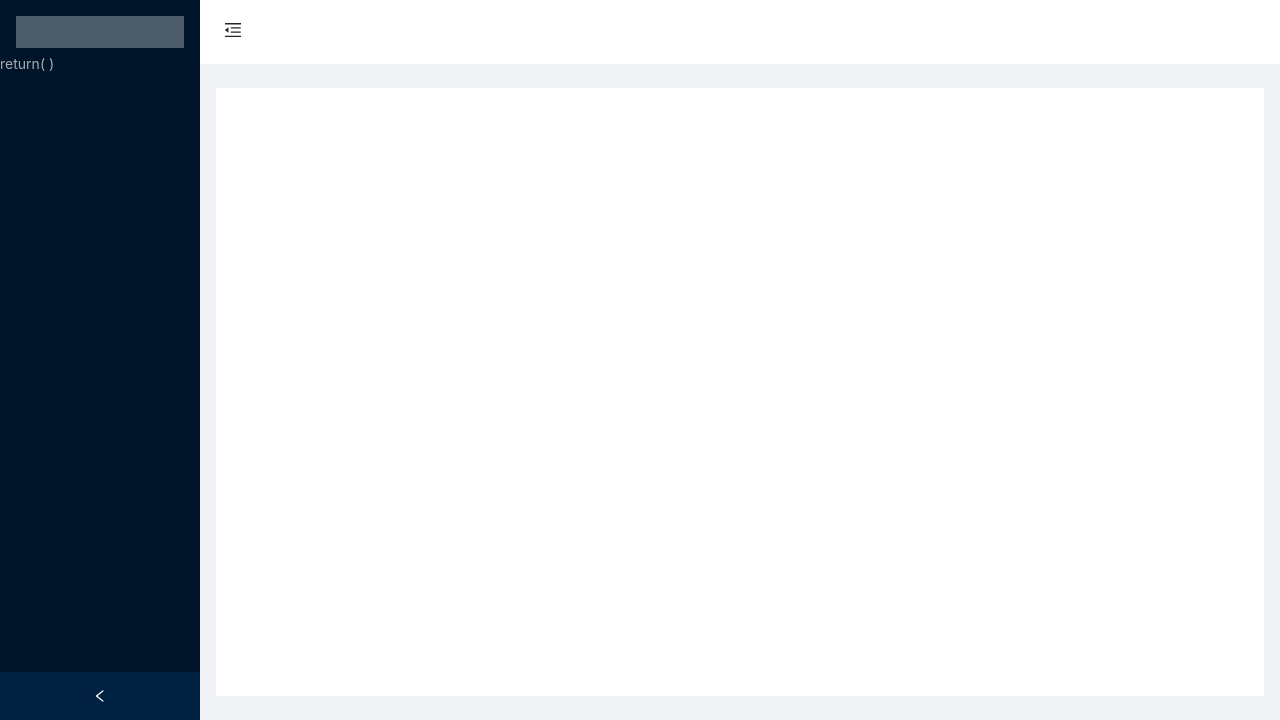
Repository: DallenCat/react-test
Page: /
These files come from the project's save history. The page is drawn as it stood at one moment and after a run of saves; the edit follows.
The browser window is 1280 px wide. The pictures show the whole page.
The project was rebuilt for these pictures with package versions that can differ from the ones it lists, and the page was loaded fresh each time. Also part of the build but not shown: src/containers/dashboard/index.js, src/containers/personal/index.js.

Above is the page before, as saved 2021-10-28 10:29:07.

### src/index.js
/*
 * @Descripttion:
 * @version:
 * @Author: dal
 * @Date: 2021-10-26 17:14:54
 * @LastEditors: dal
 * @LastEditTime: 2021-10-27 16:56:47
 */
import React from 'react';
import ReactDOM from 'react-dom';
import './index.css';
import App from './App';
import reportWebVitals from './reportWebVitals';

ReactDOM.render(
  <App />,
  document.getElementById('root')
);

// If you want to start measuring performance in your app, pass a function
// to log results (for example: reportWebVitals(console.log))
// or send to an analytics endpoint. Learn more: https://bit.ly/CRA-vitals
reportWebVitals();

### src/App.js

import './App.css';
import Routes from './routes';
import { BrowserRouter as Router, Switch, Route } from 'react-router-dom';
import SiderDemo from "@/components/layout/index.js"
import { Component } from 'react';
class App extends Component {
  render() {
    let LayoutRouter = (props) => {
      return (
        <SiderDemo>
          <Routes />
        </SiderDemo>
      )
    }
    return (
      <Router>
        <Switch>
          <Route path="/" component={LayoutRouter} />
        </Switch>
      </Router>
    )
  }

}
// render(<Router routes={routes} />, document.body)
export default App;

### src/App.css
@import '~antd/dist/antd.css';

.App {
  text-align: center;
}

.App-logo {
  height: 40vmin;
  pointer-events: none;
}

@media (prefers-reduced-motion: no-preference) {
  .App-logo {
    animation: App-logo-spin infinite 20s linear;
  }
}

.App-header {
  background-color: #282c34;
  min-height: 100vh;
  display: flex;
  flex-direction: column;
  align-items: center;
  justify-content: center;
  font-size: calc(10px + 2vmin);
  color: white;
}

.App-link {
  color: #61dafb;
}

@keyframes App-logo-spin {
  from {
    transform: rotate(0deg);
  }

  to {
    transform: rotate(360deg);
  }
}

### src/routes/index.js
/*
 * @Descripttion:
 * @version:
 * @Author: dal
 * @Date: 2021-10-26 17:34:53
 * @LastEditors: dal
 * @LastEditTime: 2021-10-27 15:55:38
 */
import Dashboard from "@/containers/dashboard"
import Personal from "@/containers/personal"
import { Route, Switch, withRouter } from 'react-router-dom';

const routes = () => {
  return (
    <Switch>
      <Route exact path={"/dashboard"} component={Dashboard} />
      <Route exact path={"/personal"} component={Personal} />

    </Switch>
  )
}
export default withRouter(routes)

### src/components/layout/index.js
/*
 * @Descripttion:
 * @version:
 * @Author: dal
 * @Date: 2021-10-27 09:54:26
 * @LastEditors: dal
 * @LastEditTime: 2021-10-27 16:53:47
 */
import React from "react"
import { Layout } from 'antd';
// 首先我们需要导入一些组件...
import "./index.css"
import {
  MenuUnfoldOutlined,
  MenuFoldOutlined
} from '@ant-design/icons';
import Sider from "./sider"
const { Header, Content } = Layout;

class SiderDemo extends React.Component {

  state = {
    collapsed: false,
  };

  toggle = () => {
    this.setState({
      collapsed: !this.state.collapsed,
    });
  };
  // 组件挂载
  componentDidMount() {
    console.log(this.props);
  }
  render() {

    return (
      <Layout id="components-layout-demo-custom-trigger">
        <Sider collapsed={this.state.collapsed}></Sider>
        <Layout className="site-layout">
          <Header className="site-layout-background">
            {React.createElement(this.state.collapsed ? MenuUnfoldOutlined : MenuFoldOutlined, {
              className: 'trigger',
              onClick: this.toggle,
            })}
          </Header>
          <Content
            className="site-layout-background"
            style={{
              margin: '24px 16px',
              padding: 24,
              minHeight: 280,
            }}
          >
            {this.props.children || "Welcome to your Inbox"}
          </Content>
        </Layout>
      </Layout>
    );
  }
}

export default SiderDemo;

### src/components/layout/index.css
.ant-layout {
  height: 100vh;
}

.ant-layout-header {
  text-align: left;
  padding: 0;
}

#components-layout-demo-custom-trigger .trigger {
  padding: 0 24px;
  font-size: 18px;
  line-height: 64px;
  cursor: pointer;
  transition: color 0.3s;
}

#components-layout-demo-custom-trigger .trigger:hover {
  color: #1890ff;
}

#components-layout-demo-custom-trigger .logo {
  height: 32px;
  margin: 16px;
  background: rgba(255, 255, 255, 0.3);
}

.site-layout .site-layout-background {
  background: #fff;
}

### src/components/layout/sider/index.js
/*
 * @Descripttion:
 * @version:
 * @Author: dal
 * @Date: 2021-10-27 16:13:09
 * @LastEditors: dal
 * @LastEditTime: 2021-10-27 17:31:32
 */
import { Layout } from 'antd';
import { Component } from 'react';
import Menu from "./menu"
import Logo from "./logo"
const { Sider } = Layout;
class SIDER extends Component {
  constructor(props) {
    super(props)
  }
  render() {
    let { collapsed } = this.props
    return (
      <Sider collapsible collapsed={collapsed}>
        <Logo></Logo>
        <Menu></Menu>
      </Sider>
    )
  }
}
export default SIDER

### src/components/layout/sider/menu.js
/*
 * @Descripttion:
 * @version:
 * @Author: dal
 * @Date: 2021-10-27 16:12:40
 * @LastEditors: dal
 * @LastEditTime: 2021-10-28 10:29:07
 */
import { Menu } from "antd"
import { Component, createElement } from "react";
import { Link } from "react-router-dom"
import * as Icon from '@ant-design/icons'
const { SubMenu } = Menu;
class MENU extends Component {
  constructor(props) {
    super(props)
    this.state = {
      selectedKeys: ['1'],
      routes: []
    }
  }
  /**
   *创建icon
  */
  icon(name) {
    return createElement(Icon[name]);
  }
  /**
   * 拼接routes
   */
  convertRoutes(arr) {
    arr.map(v => {
      if (v.children.length > 0) {
        return (
          <SubMenu key={v.key} icon={this.icon(v.icon)} title={v.title}>
            {this.convertRoutes(v.children)}
          </SubMenu>
        )
      } else {
        return (
          <Menu.Item key={v.key} icon={this.icon(v.icon)}>
            <Link to={v.path}>{v.title} </Link>
          </Menu.Item>
        )
      }
    })

  }
  /**
   * 生命周期  = Vue-mounted
  */
  componentDidMount() {
    fetch('./mock/routes.json').then(res => {
      if (res.ok) {
        res.json().then(data => {
          this.setState({
            routes: data
          })
        })
      }
    })
  }
  render(h) {
    return (
      <Menu theme="dark" mode="inline" defaultSelectedKeys={this.state.selectedKeys}>
        return( {this.convertRoutes(this.state.routes)})

      </Menu>

    )
  }
}
export default MENU

### src/components/layout/sider/logo.js
/*
 * @Descripttion: 侧边栏logo组件
 * @version:
 * @Author: dal
 * @Date: 2021-10-27 17:00:57
 * @LastEditors: dal
 * @LastEditTime: 2021-10-27 17:00:57
 */
import { Component } from "react";

class LOGO extends Component {
  render(h) {
    return (
      <div className="logo"></div>
    )
  }
}
export default LOGO

### public/mock/routes.json
[
  {
    "id":"1",
    "key":"Dashboard",
    "path":"/dashboard",
    "title":"首页",
    "children":[],
    "icon":"UserOutlined",
    "component":"/containers/dashboard"
  },
  {
    "id":"2",
    "key":"Personal",
    "path":"/personal",
    "title":"个人中心",
    "children":[],
    "icon":"VideoCameraOutlined",
    "component":"/containers/personal"
  }
]

Loaded but not shown: public/index.html (common file); src/index.css (common file); src/reportWebVitals.js (common file)

After the next 2 saves:
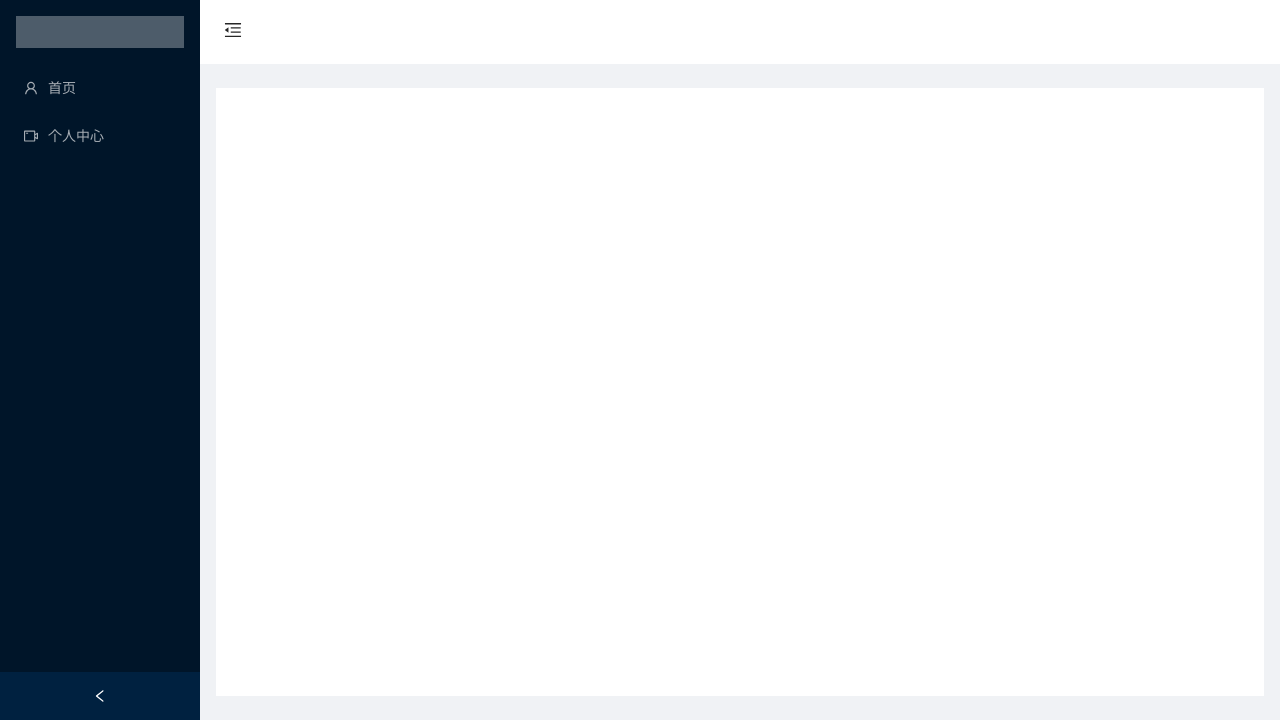
The 2 saves are shown as one change because 1 did not build or start.
The last was saved 2 min 35 s later.
--- a/src/components/layout/sider/menu.js
+++ b/src/components/layout/sider/menu.js
@@ -4,7 +4,7 @@
  * @Author: dal
  * @Date: 2021-10-27 16:12:40
  * @LastEditors: dal
- * @LastEditTime: 2021-10-28 10:29:07
+ * @LastEditTime: 2021-10-28 10:31:42
  */
 import { Menu } from "antd"
 import { Component, createElement } from "react";
@@ -29,7 +29,7 @@ class MENU extends Component {
    * 拼接routes
    */
   convertRoutes(arr) {
-    arr.map(v => {
+    return arr.map(v => {
       if (v.children.length > 0) {
         return (
           <SubMenu key={v.key} icon={this.icon(v.icon)} title={v.title}>
@@ -63,8 +63,10 @@ class MENU extends Component {
   render(h) {
     return (
       <Menu theme="dark" mode="inline" defaultSelectedKeys={this.state.selectedKeys}>
-        return( {this.convertRoutes(this.state.routes)})
+        {
+          this.convertRoutes(this.state.routes)
 
+        }
       </Menu>
 
     )
